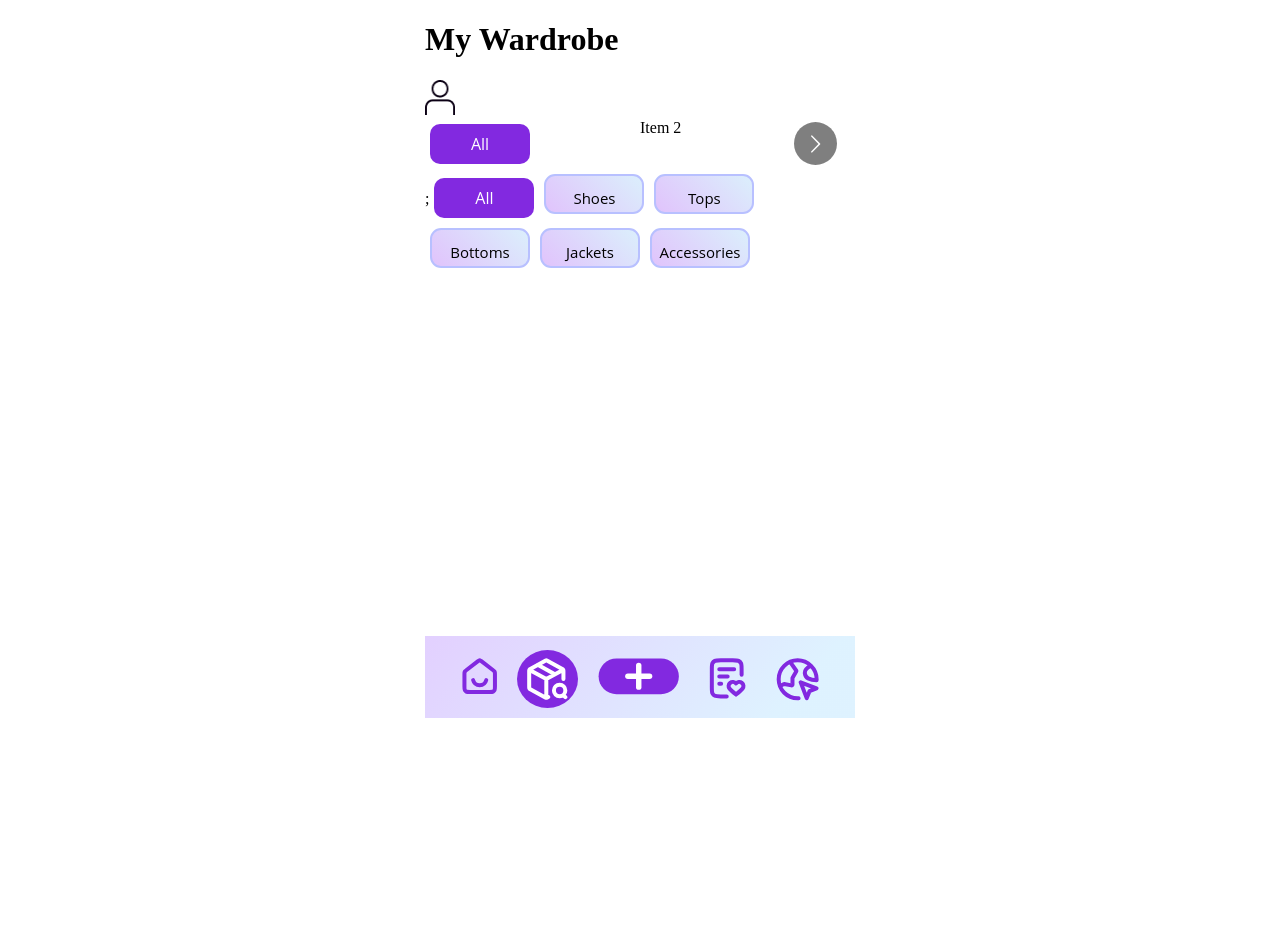
Repository: navnneett/clotho
Page: /Inventory/Category
The author's editor kept a copy of each file at every save. The page is drawn from the files as they stood at one save, then again after the next save.
The browser window is 1280 px wide. The pictures show the whole page.
The project was rebuilt for these pictures with package versions that can differ from the ones it lists, and the page was loaded fresh each time. The framework's server and built-in components were replaced by stand-ins that run in the browser. Also part of the build but not shown: next.config.js, next.config.mjs, components/CategoryCard/CategoryCard.module.css, components/CategoryCard/index.js.

Above is the page before, as saved 2024-04-15 16:33:23.

### pages/Inventory/Category.js
import styles from "@/styles/Category.module.css";
import Link from "next/link";
import BottomNavigation from "@/components/BottomNavigation/index.js";
import CategoryCard from "@/components/CategoryCard";
import { useState } from "react";
import Image from "next/image";
import { inventory } from "@/Data/inventory";
import ButtonTwo from "@/components/ButtonTwo";
import Button from "@/components/Button";
import Carousel from 'react-multi-carousel';
import 'react-multi-carousel/lib/styles.css';

export default function Category() {

    const [color, setColor] = useState(false);
    const isClick = () => {
        setColor(true);
    }

    const [selectedCards, setSelectedCards] = useState([...inventory.photos]);
    const [selectedItems, setSelectedItems] = useState("All");
    const findItems = (title) => {
        setSelectedItems(title.toUpperCase())
    }

    const responsive = {
        superLargeDesktop: {
          // the naming can be any, depends on you.
          breakpoint: { max: 4000, min: 3000 },
          items: 5
        },
        desktop: {
          breakpoint: { max: 3000, min: 1024 },
          items: 3
        },
        tablet: {
          breakpoint: { max: 1024, min: 464 },
          items: 2
        },
        mobile: {
          breakpoint: { max: 464, min: 0 },
          items: 1
        }
      };

    return (
        <div className={styles.mainContainer} >
            <div className={styles.contentContainer}>
                <div className={styles.topHead}>
                    <div className={styles.headline}>
                        <h1 className={styles.title}>My Wardrobe</h1>
                    </div>
                    <div className={styles.user}>
                        <Image src="/images/inventory/User_account.png" height={35} width={30} />
                    </div>
                </div>

                <div className={styles.chip}>
                <Carousel responsive={responsive}>
                    <div>
                    {color ? (
                    <ButtonTwo title="All" height={40} width={100} margin="5px" onClick={() => findItems("ALL")}>
                        All
                    </ButtonTwo>) :
                        (
                        <Button onClick={isClick} title="All" height={40} width={100} borderRadius="10px" fontSize="var(--open-sans-small)" margin="5px">
                            All
                        </Button>
                    )}
                    </div>
                    <div>Item 2</div>
                    <div>Item 3</div>
                    <div>Item 4</div>
                </Carousel>;
                    {color ? (
                    <ButtonTwo title="All" height={40} width={100} margin="5px" onClick={() => findItems("ALL")}>
                        All
                    </ButtonTwo>) :
                        (
                        <Button onClick={isClick} title="All" height={40} width={100} borderRadius="10px" fontSize="var(--open-sans-small)" margin="5px">
                            All
                        </Button>
                    )}
                    <ButtonTwo title="Shoes" height={40} width={100} margin="5px" onClick={() => findItems("S")}>Shoes</ButtonTwo>
                    <ButtonTwo title="Tops" height={40} width={100} margin="5px" onClick={() => findItems("T")}>Tops</ButtonTwo>
                    <ButtonTwo title="Bottoms" height={40} width={100} margin="5px" onClick={() => findItems("B")}>Bottoms</ButtonTwo>
                    <ButtonTwo title="Jackets" height={40} width={100} margin="5px" onClick={() => findItems("J")}>Jackets</ButtonTwo>
                    <ButtonTwo title="Accessories" height={40} width={100} margin="5px" onClick={() => findItems("A")}>Accessories</ButtonTwo>
                </div>

                <div className={styles.cards}>
                    {selectedCards && selectedCards.map((photo, index) => (
                        selectedItems === "ALL" ? (
                            <CategoryCard
                                key={index}
                                photoId={photo.id}
                                className={styles.items}
                                src={photo.image}
                                title={photo.title}
                                alt="inventory images"
                                bgColor="var(--inventory-bgColor)"
                                borderRadius="20px"
                                border="0px var(--white)"
                                boxShadow="0px 6px 8px rgba(0, 0, 0, 0.1)"
                                height="150"
                                width="140"
                                />
                        ) : (
                            selectedItems === photo.title.slice(0,1).toUpperCase() && (
                                <CategoryCard
                                key={index}
                                photoId={photo.id}
                                className={styles.items}
                                src={photo.image}
                                title={photo.title}
                                alt="inventory images"
                                bgColor="var(--inventory-bgColor)"
                                borderRadius="20px"
                                border="0px var(--white)"
                                boxShadow="0px 6px 8px rgba(0, 0, 0, 0.1)"
                                height="150"
                                width="140"
                                />
                            )
                        )

                    ))}

                </div>
            </div>

            <div>
                <BottomNavigation
                    bgColorInventory="var(--button-highlight-light)"
                    pathColorInventory="var(--white)"
                    borderStyle="60%"
                    IconWidth={90}
                    iconHeight={36}
                />
            </div>
        </div>
    );
}

### styles/globals.css
:root {

    --transparency: rgba(0, 0, 0, 0);
    --gray: rgb(119, 119, 119);
    --red: rgb(201, 8, 8);

    --large: 21px;
    --medium: 18px;
    --small: 16px;
    --logo: 25px;

    --button-linear-light: 45deg, rgba(221, 184, 255, 0.8), rgba(214, 239, 255, 0.8);
    --button-outline-light: 2px solid #B8C0FF;
    --inventory-card-outline: 4px solid #B8C0FF;
    --button-highlight-light: #8229E0;
    --black: black;
    --white: white;
    --white-transparent: rgba(255, 255, 255, 0.5);
    --light-gray: #B3B3B3;

    --chart-color-purple: #8884d8;
    --chart-color-blue: #83a6ed;
    --chart-color-cyan: #8dd1e1;
    --chart-color-bright-purple: #b399ff;
    --chart-color-light-purple: #b8c0ff;

    --inventory-bgColor: #FBFBFB;



    /* Text styles */
    --open-sans-text: 'Open Sans', sans-serif;
    --open-sans-weight: 500;
    --open-sans-size: 1.7rem;
    --open-sans-small: 1rem;
    --open-sans-medium: 1.2rem;

    --roboto-slab-text: 'Roboto Slab', serif;
    --roboto-slab-weight: 600;
    --roboto-slab-weight-small: 300;
    --roboto-slab-size: 3rem;
    --roboto-slab-small: 2rem;
}


html,
body {
    padding: 0;
    width: 430px;
    height: 923px;
    margin: 0 auto 0 auto;
}

### styles/Category.module.css
@media (max-width: 430px) {

    .mainContainer {
        height: 100vh;
        background-image: url('/images/quiz/Light Mode Low Opacity.png');
        background-size: cover;
        background-position: center;
        background-origin: content-box;
    }

    .contentContainer {
        display: flex;
        flex-direction: column;
        align-items: center;
        justify-content: center;
        /* height: calc(100vh -20px);
        padding-bottom: 20px; */
    }

    .title {
        font-family: var(--roboto-slab-text);
        font-weight: var(--roboto-slab-weight-small);
        font-size: var(--roboto-slab-small);
        color: var(--black);
        padding-top: 40px;
        margin: 0;
    }

    .content {
        font-family: var(--open-sans-text);
        font-size: var(--open-sans-small);
    }

    .headline {
        display: flex;
        flex-direction: column;
        text-align: left;
        padding-right: 70px;
    }

    .user {
        align-items: end;
        padding-top: 40px;
    }

    .topHead {
        display: flex;
        flex-direction: row;
        padding-top: 20px;
        padding-bottom: 30px;
    }

    .cards {
        display: grid;
        grid-template-columns: 1fr 1fr;
        justify-content: center;
        margin-top: 30px;
    }

    .chip {
        display: flex;
        justify-content: center;
        overflow-x: hidden;
    }
}

### components/BottomNavigation/index.js/index.js
import styles from './BottomNavigation.module.css'
import Image from 'next/image'
import Link from 'next/link'
import { useState } from 'react'

export default function BottomNavigation(props) {
    const {
        bgColorHome,
        bgColorInventory,
        bgColorPlus,
        bgColorCollection,
        bgColorCommunity,
        pathColorHome,
        pathColorInventory,
        pathColorCollection,
        pathColorCommunity,
        borderStyle,
        iconWidth,
        iconHeight,
    } = props

    return (
        <>
            <div className={styles.container}>
                <div className={styles.home} style={{backgroundColor: bgColorHome, borderRadius: borderStyle, width: iconWidth, height: iconHeight}}>
                    <Link href='/'>
                    <svg width="35" height="36" viewBox="0 0 35 36" fill="none" xmlns="http://www.w3.org/2000/svg" tabIndex={1}>
                        <path style={{ stroke: pathColorHome}} d="M11.1236 22.1254C11.876 25.047 14.5298 27.2057 17.6881 27.2057C20.8464 27.2057 23.5002 25.047 24.2527 22.1254M16.0236 3.098L4.53089 12.0311C3.76265 12.6282 3.37853 12.9268 3.1018 13.3007C2.85666 13.6319 2.67406 14.0051 2.56294 14.4018C2.4375 14.8496 2.4375 15.3359 2.4375 16.3086V28.5605C2.4375 30.4573 2.4375 31.4057 2.80688 32.1302C3.1318 32.7675 3.65026 33.2856 4.28794 33.6103C5.0129 33.9795 5.96191 33.9795 7.85995 33.9795H27.5163C29.4144 33.9795 30.3634 33.9795 31.0883 33.6103C31.726 33.2856 32.2445 32.7675 32.5694 32.1302C32.9388 31.4057 32.9388 30.4573 32.9388 28.5605V16.3086C32.9388 15.3359 32.9388 14.8496 32.8133 14.4018C32.7022 14.0051 32.5196 13.6319 32.2745 13.3007C31.9977 12.9268 31.6136 12.6282 30.8454 12.0311L19.3527 3.098C18.7573 2.63526 18.4597 2.4039 18.131 2.31496C17.841 2.23649 17.5353 2.23649 17.2453 2.31496C16.9166 2.4039 16.6189 2.63526 16.0236 3.098Z" stroke="#8229E0" stroke-width="4" stroke-linecap="round" stroke-linejoin="round"/>
                    </svg>
                    </Link>
                </div>
                <div className={styles.inventory} style={{backgroundColor: bgColorInventory, borderRadius: borderStyle, width: iconWidth, height: iconHeight}}>
                    <Link href='/Inventory/Inventory'>
                    <svg width="41" height="42" viewBox="0 0 41 42" fill="none" xmlns="http://www.w3.org/2000/svg" tabIndex={2}>
                        <path style={{ stroke: pathColorInventory}} d="M35.4792 12.1274L19.307 21.1062M19.307 21.1062L3.13484 12.1274M19.307 21.1062L19.3071 39.1696M36.4306 21.1063V13.3893C36.4306 12.7378 36.4306 12.4121 36.3346 12.1215C36.2496 11.8645 36.1107 11.6286 35.9271 11.4295C35.7196 11.2045 35.4347 11.0463 34.8648 10.7299L20.7855 2.91305C20.2459 2.61346 19.9761 2.46367 19.6904 2.40495C19.4375 2.35297 19.1767 2.35297 18.9238 2.40495C18.6381 2.46367 18.3683 2.61347 17.8287 2.91305L3.74939 10.7299C3.17952 11.0463 2.89457 11.2045 2.68709 11.4295C2.50353 11.6286 2.36462 11.8645 2.27965 12.1215C2.18359 12.4121 2.18359 12.7378 2.18359 13.3893V28.8232C2.18359 29.4747 2.18359 29.8005 2.27965 30.091C2.36462 30.348 2.50353 30.5839 2.68709 30.783C2.89457 31.008 3.17953 31.1662 3.74939 31.4826L17.8287 39.2995C18.3683 39.5991 18.6381 39.7488 18.9238 39.8076C19.1767 39.8595 19.4375 39.8595 19.6904 39.8076C19.9761 39.7488 20.2459 39.5991 20.7855 39.2995L21.2097 39.0639M10.7453 6.84575L27.8689 16.3528M38.3332 39.1696L36.4306 37.2682M38.3332 32.5147C38.3332 35.665 35.7777 38.2189 32.6254 38.2189C29.473 38.2189 26.9176 35.665 26.9176 32.5147C26.9176 29.3643 29.473 26.8105 32.6254 26.8105C35.7777 26.8105 38.3332 29.3643 38.3332 32.5147Z" stroke="#8229E0" stroke-width="4" stroke-linecap="round" stroke-linejoin="round"/>
                    </svg>
                    </Link>
                </div>
                <div className={styles.plus} style={{backgroundColor: bgColorPlus, borderRadius: borderStyle, width: iconWidth, height: iconHeight}}>
                    <Link href='/Plus/Plus'>
                    <svg width="81" height="37" viewBox="0 0 81 37" fill="none" xmlns="http://www.w3.org/2000/svg" tabIndex={3}>
                        <rect x="0.603516" y="0.430176" width="80.2522" height="35.7654" rx="17.8827" fill="#8229E0"/>
                        <rect x="27.1733" y="15.6034" width="27.1122" height="5.41899" rx="2.7095" fill="white"/>
                        <rect x="38.0186" y="31.8604" width="27.095" height="5.42244" rx="2.71122" transform="rotate(-90 38.0186 31.8604)" fill="white"/>
                    </svg>
                    </Link>
                </div>
                <div className={styles.collection} style={{backgroundColor: bgColorCollection, borderRadius: borderStyle, width: iconWidth, height: iconHeight}}>
                    <Link href='/Collection/Collection'>
                    <svg width="37" height="41" viewBox="0 0 37 41" fill="none" xmlns="http://www.w3.org/2000/svg" tabIndex={4}>
                      <path style={{ stroke: pathColorCollection}} d="M32.6062 16.7002V10.9199C32.6062 7.88498 32.6062 6.36752 31.9979 5.20833C31.4627 4.18868 30.6088 3.35968 29.5585 2.84015C28.3644 2.24951 26.8013 2.24951 23.6752 2.24951H11.767C8.64085 2.24951 7.07777 2.24951 5.88373 2.84015C4.83342 3.35968 3.97949 4.18868 3.44433 5.20833C2.83594 6.36752 2.83594 7.88498 2.83594 10.9199V29.7057C2.83594 32.7407 2.83594 34.2581 3.44433 35.4173C3.97949 36.437 4.83342 37.266 5.88373 37.7855C7.07777 38.3761 8.64085 38.3761 11.767 38.3761H17.7211M18.6514 18.5065H10.2785M12.1392 25.7318H10.2785M25.1637 11.2812H10.2785M27.0192 25.4258C25.5312 23.7839 23.0498 23.3422 21.1854 24.8457C19.321 26.3493 19.0585 28.8631 20.5226 30.6413C21.9868 32.4195 27.0192 36.5698 27.0192 36.5698C27.0192 36.5698 32.0517 32.4195 33.5158 30.6413C34.9799 28.8631 34.7495 26.3334 32.853 24.8457C30.9566 23.358 28.5072 23.7839 27.0192 25.4258Z" stroke="#8229E0" stroke-width="4" stroke-linecap="round" stroke-linejoin="round"/>
                    </svg>
                    </Link>
                </div>
                <div className={styles.community}  style={{backgroundColor: bgColorCommunity, borderRadius: borderStyle, width: iconWidth, height: iconHeight}}>
                    <Link href='/Community/Community'>
                    <svg width="43" height="43" viewBox="0 0 43 43" fill="none" xmlns="http://www.w3.org/2000/svg" tabIndex={5}>
                        <path style={{ stroke: pathColorCommunity}} d="M3.98109 28.2264L7.60257 26.1371C7.79873 26.024 8.02892 25.9846 8.25156 26.0263L15.3771 27.359C15.9626 27.4685 16.5032 27.018 16.5005 26.4227L16.4728 20.1834C16.472 20.0139 16.5168 19.8472 16.6023 19.7009L20.1982 13.5484C20.3854 13.2282 20.3686 12.8284 20.1553 12.525L14.1008 3.91247M34.9417 7.76905C24.5035 12.7781 30.1967 19.4163 32.0949 20.3647C35.6573 22.1444 40.6114 22.2612 40.6114 22.2612C40.6269 21.9471 40.6349 21.6309 40.6349 21.3129C40.6349 10.838 32.1379 2.34644 21.6563 2.34644C11.1747 2.34644 2.67773 10.838 2.67773 21.3129C2.67773 31.7878 11.1747 40.2794 21.6563 40.2794C21.9745 40.2794 22.2909 40.2716 22.6052 40.2561M30.6859 40.1652L24.6758 24.3305L40.5206 30.3368L33.4944 33.1435L30.6859 40.1652Z" stroke="#8229E0" stroke-width="4" stroke-linecap="round" stroke-linejoin="round"/>
                    </svg>
                    </Link>
                </div>
                <div className={styles.background}>
                <svg width="430" height="82" viewBox="0 0 430 82" fill="none" xmlns="http://www.w3.org/2000/svg">
                    <rect width="430" height="82" fill="url(#paint0_linear_415_4683)"/>
                    <defs>
                    <linearGradient id="paint0_linear_415_4683" x1="-92.5" y1="-202.887" x2="392.529" y2="223.804" gradientUnits="userSpaceOnUse">
                    <stop offset="0.175" stop-color="#DDB8FF" stop-opacity="0.8"/>
                    <stop offset="0.805" stop-color="#D6EFFF" stop-opacity="0.8"/>
                    </linearGradient>
                    </defs>
                </svg>
                </div>
            </div>
        </>
    )
}

### Data/inventory.js
export const inventory = {
    photos: [
        {
            id: "Item1",
            title: "Tops: Sweather",
            image:"/images/top/top_32.png",
        },
        {
            id: "Item2",
            title: "Tops: Vest",
            image:"/images/top/top_15.png"
        },
        {
            id: "Item3",
            title: "Bottoms: Short",
            image:"/images/pant/pant_28.png"
        },
        {
            id: "Item4",
            title: "Bottoms: Jean",
            image:"/images/pant/pant_8.png"
        },
        {
            id: "Item5",
            title: "Shoes: Sneaker",
            image:"/images/inventory/sneaker.jpg"
        },
        {
            id: "Item6",
            title: "Shoes: Boots",
            image:"/images/inventory/boots.jpg"
        },
        {
            id: "Item7",
            title: "Accessories: Earrings",
            image:"/images/inventory/accessories.jpg"
        },
        {
            id: "Item8",
            title: "Accessories: Bag",
            image:"/images/inventory/bag.jpg",
        },
        {
            id: "Item9",
            title: "Jackets: Bomber",
            image:"/images/inventory/Jacket.jpg"
        },
        {
            id: "Item10",
            title: "Jackets: Denim Jacket",
            image:"/images/inventory/Jacket_2.jpg"
        },
    ]
}

### components/ButtonTwo/index.js
import styles from './ButtonTwo.module.css'

export default function Button({
    title = "test",
    onClick = () => {},
    height,
    width,
    bgColor,
    fontSize,
    margin
}) {
    return (
        <button className={styles.button} onClick={onClick} style={{ height: height, width: width, backgroundColor: bgColor, fontSize: fontSize, margin: margin}}>
            {title}
        </button>
    )
}

### components/Button/index.js
import styles from './Button.module.css'

export default function Button({
    title = "test",
    onClick = () => {},
    height,
    width,
    bgColor,
    borderRadius,
    fontSize,
    margin,
}) {
    return (
        <button className={styles.button} onClick={onClick} style={{ height: height, width: width, backgroundColor: bgColor, borderRadius: borderRadius, fontSize: fontSize, margin: margin}}>
            {title}
        </button>
    )
}

### components/BottomNavigation/index.js/BottomNavigation.module.css
.container {
    display: flex;
    justify-content: center;
    flex-direction: row;
    align-items: center;
    width: 430px;
    height: 82px;
    margin: 0;
    align-items: center;
    position: fixed;
    bottom: 0;
    padding: 0;
}

.background {
    position: absolute;
    z-index: -1;
}

.home,.inventory,.plus,.collection,.community {
    position: relative;
    display: flex;
    justify-content: space-between;
    padding: 8px 10px 14px 10px;
    margin: 5px;
}

.iconHolder {
    display: block;
}

.iconHolder,
.chosenIcon {
    display: block;
    border-radius: 50%;
}

### components/ButtonTwo/ButtonTwo.module.css
.button {
    padding: 12px 0;
    width: 185px;
    height: 150px;
    font-size: 15px;
    background-image: linear-gradient(var(--button-linear-light));
    color: var(--black);
    border: none;
    border-radius: 11px;
    cursor: pointer;
    border: var(--button-outline-light);
    font-family: var(--open-sans-text);
}

.button:hover {
    background-color: var(--button-highlight-light);
    background-image: none;
    color: var(--white);
}

### components/Button/Button.module.css
.button {
    width: 227px;
    height: 60px;
    padding: 0;
    font-size: 24px;
    background-color: var(--button-highlight-light);
    color: var(--white);
    border: none;
    border-radius: 18px;
    cursor: pointer;
    font-family: var(--open-sans-text);
    align-items: center;
}

.button:hover {
    background-color: rgb(189, 43, 226);
}

Loaded but not shown: pages/_app.js (common file); pages/_document.js (common file)

After the next save:
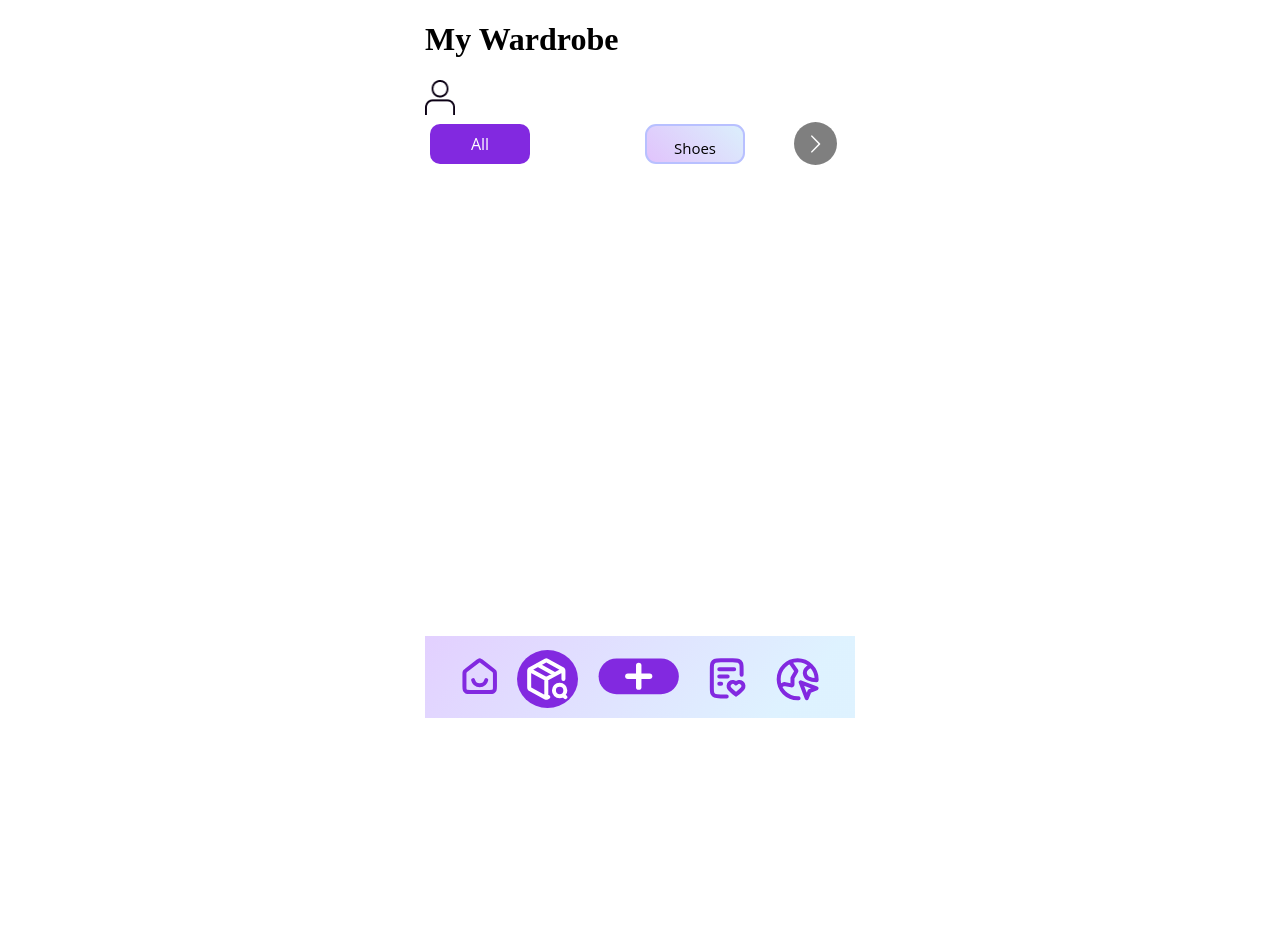
Saved 106 s later.
--- a/pages/Inventory/Category.js
+++ b/pages/Inventory/Category.js
@@ -68,11 +68,23 @@ export default function Category() {
                         </Button>
                     )}
                     </div>
-                    <div>Item 2</div>
-                    <div>Item 3</div>
-                    <div>Item 4</div>
-                </Carousel>;
-                    {color ? (
+                    <div>
+                        <ButtonTwo title="Shoes" height={40} width={100} margin="5px" onClick={() => findItems("S")}>Shoes</ButtonTwo>
+                    </div>
+                    <div>
+                        <ButtonTwo title="Tops" height={40} width={100} margin="5px" onClick={() => findItems("T")}>Tops</ButtonTwo>
+                    </div>
+                    <div>
+                        <ButtonTwo title="Bottoms" height={40} width={100} margin="5px" onClick={() => findItems("B")}>Bottoms</ButtonTwo>
+                    </div>
+                    <div>
+                        <ButtonTwo title="Jackets" height={40} width={100} margin="5px" onClick={() => findItems("J")}>Jackets</ButtonTwo>
+                    </div>
+                    <div>
+                        <ButtonTwo title="Accessories" height={40} width={100} margin="5px" onClick={() => findItems("A")}>Accessories</ButtonTwo>
+                    </div>
+                </Carousel>
+                    {/* {color ? (
                     <ButtonTwo title="All" height={40} width={100} margin="5px" onClick={() => findItems("ALL")}>
                         All
                     </ButtonTwo>) :
@@ -85,7 +97,7 @@ export default function Category() {
                     <ButtonTwo title="Tops" height={40} width={100} margin="5px" onClick={() => findItems("T")}>Tops</ButtonTwo>
                     <ButtonTwo title="Bottoms" height={40} width={100} margin="5px" onClick={() => findItems("B")}>Bottoms</ButtonTwo>
                     <ButtonTwo title="Jackets" height={40} width={100} margin="5px" onClick={() => findItems("J")}>Jackets</ButtonTwo>
-                    <ButtonTwo title="Accessories" height={40} width={100} margin="5px" onClick={() => findItems("A")}>Accessories</ButtonTwo>
+                    <ButtonTwo title="Accessories" height={40} width={100} margin="5px" onClick={() => findItems("A")}>Accessories</ButtonTwo> */}
                 </div>
 
                 <div className={styles.cards}>
